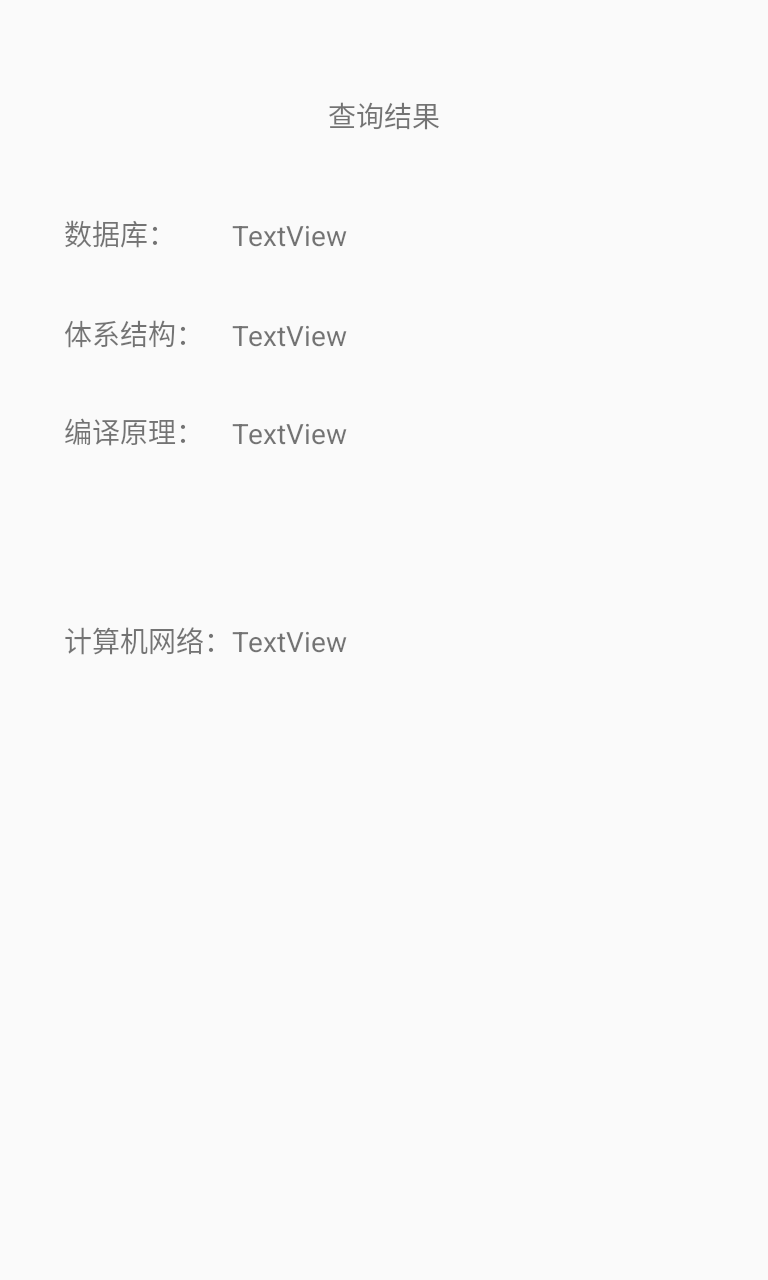
Repository: DaisyDong/AndroidPath
Layout: ScoreQurey/res/layout/activity_result_activity1.xml
An editor plug-in stored every save of this project. The layout is shown before and after the next save, followed by the edit.
It is drawn on a 768 x 1280 px phone screen (xhdpi) without system bars, with theme AppTheme; the app's code is not run.

Above is the layout before, as saved 2015-04-21 04:05:10.

### ScoreQurey/res/layout/activity_result_activity1.xml
<RelativeLayout xmlns:android="http://schemas.android.com/apk/res/android"
    xmlns:tools="http://schemas.android.com/tools"
    android:layout_width="match_parent"
    android:layout_height="match_parent"
    android:paddingBottom="@dimen/activity_vertical_margin"
    android:paddingLeft="@dimen/activity_horizontal_margin"
    android:paddingRight="@dimen/activity_horizontal_margin"
    android:paddingTop="@dimen/activity_vertical_margin"
    tools:context="com.example.scorequrey.ResultActivity" >

    <TextView
        android:id="@+id/textView1"
        android:layout_width="wrap_content"
        android:layout_height="wrap_content"
        android:layout_alignParentTop="true"
        android:layout_centerHorizontal="true"
        android:layout_marginTop="31dp"
        android:text="查询结果" />

    <TextView
        android:id="@+id/textView3"
        android:layout_width="wrap_content"
        android:layout_height="wrap_content"
        android:layout_alignLeft="@+id/textView2"
        android:layout_below="@+id/textView2"
        android:layout_marginTop="29dp"
        android:text="体系结构：" />

    <TextView
        android:id="@+id/textView4"
        android:layout_width="wrap_content"
        android:layout_height="wrap_content"
        android:layout_alignRight="@+id/textView3"
        android:layout_below="@+id/textView3"
        android:layout_marginTop="28dp"
        android:text="编译原理：" />

    <TextView
        android:id="@+id/textView5"
        android:layout_width="wrap_content"
        android:layout_height="wrap_content"
        android:layout_alignLeft="@+id/textView4"
        android:layout_centerVertical="true"
        android:text="计算机网络：" />

    <TextView
        android:id="@+id/textView2"
        android:layout_width="wrap_content"
        android:layout_height="wrap_content"
        android:layout_below="@+id/textView1"
        android:layout_marginLeft="16dp"
        android:layout_marginTop="38dp"
        android:text="数据库：" />

    <TextView
        android:id="@+id/textView6"
        android:layout_width="wrap_content"
        android:layout_height="wrap_content"
        android:layout_above="@+id/textView3"
        android:layout_toRightOf="@+id/textView5"
        android:text="TextView" />

    <TextView
        android:id="@+id/textView7"
        android:layout_width="wrap_content"
        android:layout_height="wrap_content"
        android:layout_alignBottom="@+id/textView3"
        android:layout_alignLeft="@+id/textView6"
        android:text="TextView" />

    <TextView
        android:id="@+id/textView8"
        android:layout_width="wrap_content"
        android:layout_height="wrap_content"
        android:layout_alignBottom="@+id/textView4"
        android:layout_alignLeft="@+id/textView7"
        android:text="TextView" />

    <TextView
        android:id="@+id/textView9"
        android:layout_width="wrap_content"
        android:layout_height="wrap_content"
        android:layout_alignBaseline="@+id/textView5"
        android:layout_alignBottom="@+id/textView5"
        android:layout_alignLeft="@+id/textView8"
        android:text="TextView" />

</RelativeLayout>

Loaded but not shown: ScoreQurey/res/values/styles.xml (common file); ScoreQurey/res/values-v11/styles.xml (common file); ScoreQurey/res/values-v14/styles.xml (common file); ScoreQurey/res/values/dimens.xml (common file); ScoreQurey/res/values-w820dp/dimens.xml (common file)

After the next save:
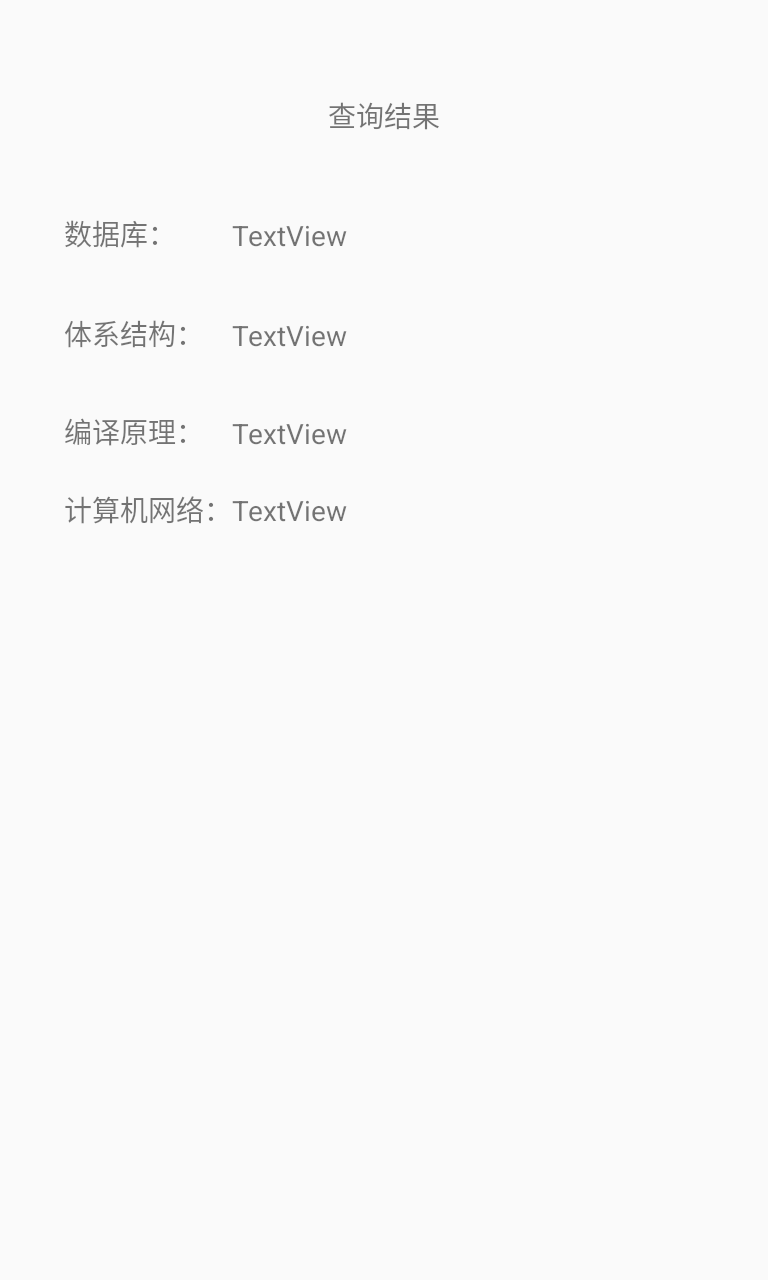
Saved 104 s later.
--- a/ScoreQurey/res/layout/activity_result_activity1.xml
+++ b/ScoreQurey/res/layout/activity_result_activity1.xml
@@ -34,14 +34,6 @@
         android:layout_below="@+id/textView3"
         android:layout_marginTop="28dp"
         android:text="编译原理：" />
-
-    <TextView
-        android:id="@+id/textView5"
-        android:layout_width="wrap_content"
-        android:layout_height="wrap_content"
-        android:layout_alignLeft="@+id/textView4"
-        android:layout_centerVertical="true"
-        android:text="计算机网络：" />
 
     <TextView
         android:id="@+id/textView2"
@@ -85,4 +77,13 @@
         android:layout_alignLeft="@+id/textView8"
         android:text="TextView" />
 
+    <TextView
+        android:id="@+id/textView5"
+        android:layout_width="wrap_content"
+        android:layout_height="wrap_content"
+        android:layout_alignLeft="@+id/textView4"
+        android:layout_below="@+id/textView4"
+        android:layout_marginTop="18dp"
+        android:text="计算机网络：" />
+
 </RelativeLayout>
